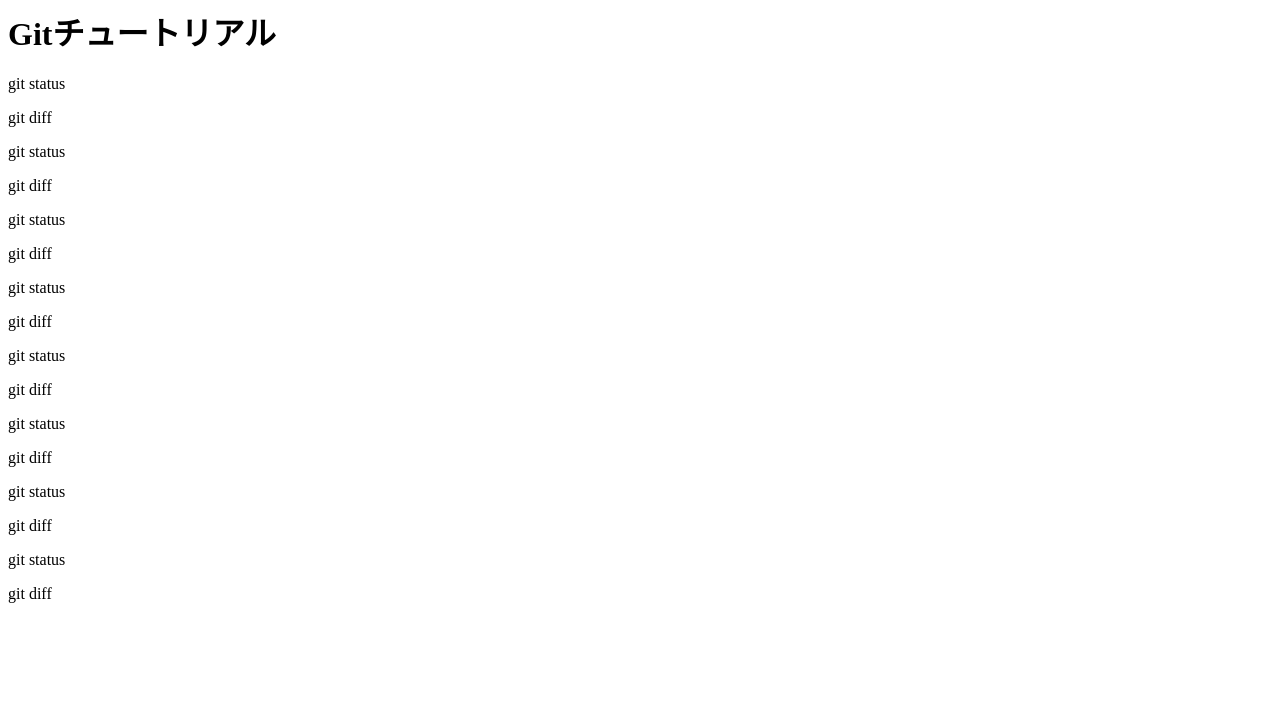
Repository: yuukiyokoyama/git_tutorial
Page: index.html
The author's editor kept a copy of each file at every save. The page is drawn from the files as they stood at one save, then again after the next save.
The browser window is 1280 px wide. The pictures show the whole page.

Above is the page before, as saved 2021-09-17 23:15:59.

After the next save:
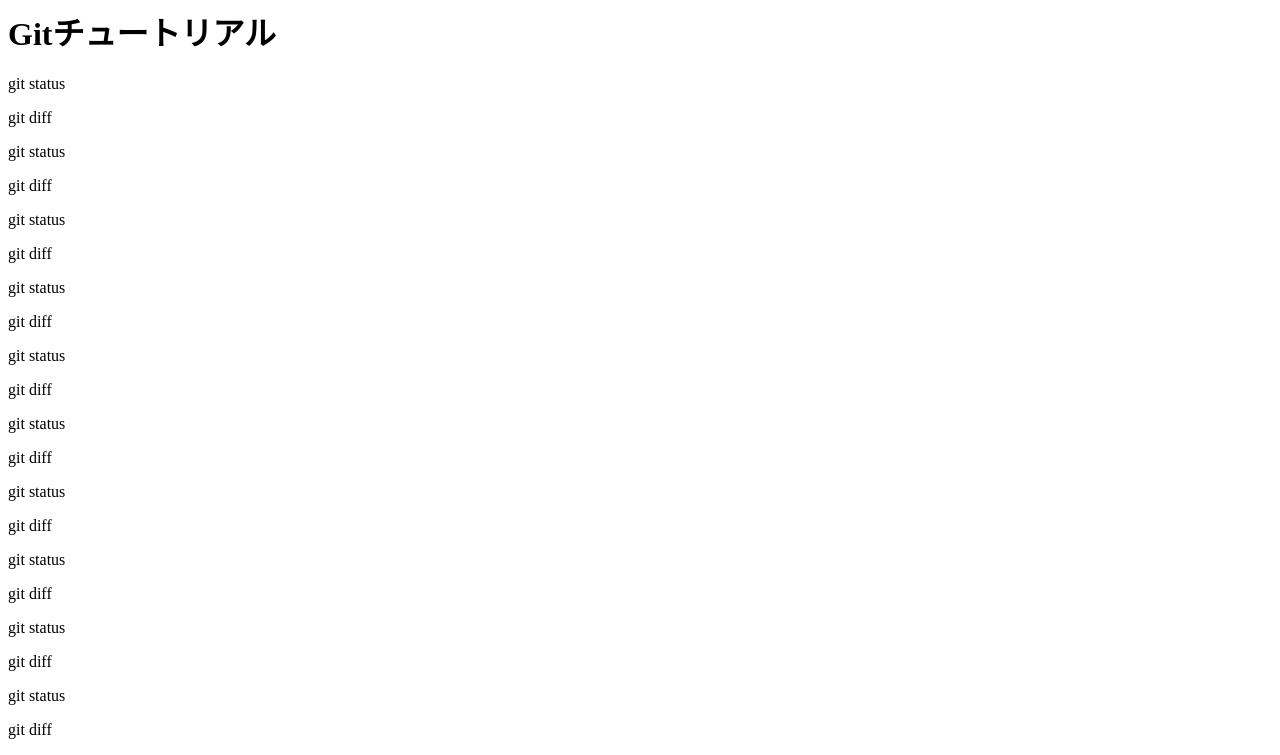
Saved 23 h 56 min later.
--- a/index.html
+++ b/index.html
@@ -21,3 +21,7 @@
 
 <p>git status</p>
 <p>git diff</p>
+<p>git status</p>
+<p>git diff</p>
+<p>git status</p>
+<p>git diff</p>
